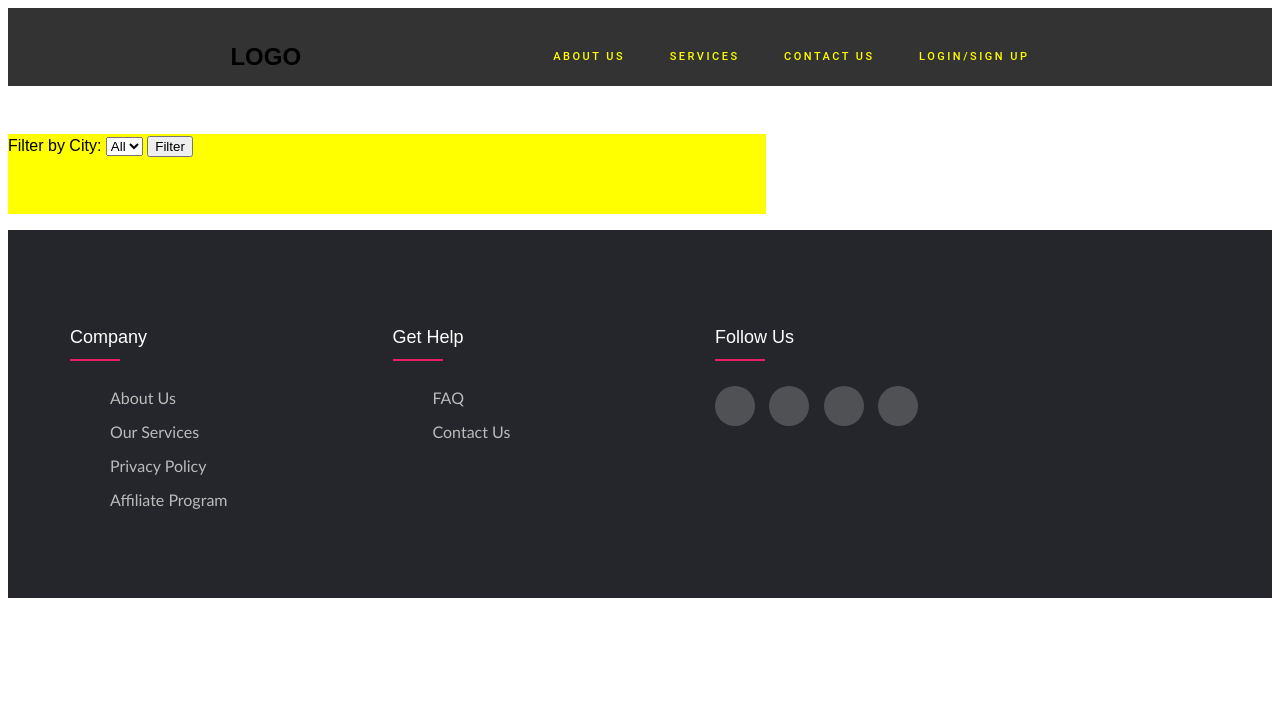
Repository: RishuGudigar/pawtakers
Page: templates/home.html
The author's editor kept a copy of each file at every save. The page is drawn from the files as they stood at one save, then again after the next save.
The browser window is 1280 px wide. The pictures show the whole page.
The page is served by the project's application, run on Django 4.2 (manage.py). Other server files are loaded and not shown. The template is opened directly, without the code that normally fills it, so the values that code supplies are empty.

Above is the page before, as saved 2023-05-21 19:41:33.

### pawtakers/templates/home.html
{% comment %} {% extends 'base.html' %} {% endcomment %}

{% block content %}
{% load static %}

<style>
    .container {
        display: flex;
        flex-wrap: wrap;
        gap: 20px;
    }

    .profile {
        display: flex;
        align-items: center;
        gap: 20px;
        margin-bottom: 20px;
    }

    .image-container {
        flex: 0 0 200px;
    }

    .image {
        width: 100%;
        height: auto;
        object-fit: cover;
    }

    .profile-details {
        flex-grow: 1;
    }

    .name {
        font-weight: bold;
    }

    .address {
        margin-top: 5px;
    }

    .description {
        margin-top: 10px;
    }

    .call-button {
        margin-top: 10px;
    }

    .container:hover {
        box-shadow: 0 0 10px rgba(0, 0, 0, 0.3); /* Add box shadow effect on hover */
        background-image: url('{% static "r_bg.jpg" %}');
        /* Add background image on hover */
        background-repeat: repeat; /* Set the background image to repeat */
        background-size: auto; /* Reset the background image size */
        background-position: fixed; /* Reset the background image position */
    }

    @import url('https://fonts.googleapis.com/css2?family=Poppins:wght@300;400;500;600;700&display=swap');

    body {
        line-height: 1.5;
        font-family: 'Poppins', sans-serif;
    }

    .container {
        max-width: 1170px;
        margin: auto;
    }

    .row {
        display: flex;
        flex-wrap: wrap;
    }

    ul {
        list-style: none;
    }

    .nav-bar{
        width: 100%;
    }


    .navbar{
        display: flex;
        align-items: center;
        justify-content: space-around;
        padding-top:20px;
        padding-left: 10%;
        padding-right:10%;
        background-color: rgba(0,0,0,0.8);
        height: 8vh;


    }

    .navbar ul li{
        list-style-type: none;
        display: inline-block;
        padding: 10px 20px;
    }

    .navbar ul li a{
        text-decoration: none;
        font-weight: 500;
        color:yellow;
        font-family: 'Roboto', sans-serif;
        font-size: 11px;
        text-transform: uppercase;
        letter-spacing: 2.5px;

    }

    .navbar ul li a:hover{
        color: white;
        transition: .4s;
        font-size: medium;
        font-weight: 500;
    }
    .container_view{
        max-width: 1170px;
        margin:auto;
    }
    .row{
        display: flex;
        flex-wrap: wrap;
    }
    ul{
        list-style: none;
    }
    .footer{
        background-color: #24262b;
        padding: 70px 0;
    }
    .footer-col{
        width: 25%;
        padding: 0 15px;
    }
    .footer-col h4{
        font-size: 18px;
        color: #ffffff;
        text-transform: capitalize;
        margin-bottom: 35px;
        font-weight: 500;
        position: relative;
    }
    .footer-col h4::before{
        content: '';
        position: absolute;
        left:0;
        bottom: -10px;
        background-color: #e91e63;
        height: 2px;
        box-sizing: border-box;
        width: 50px;
    }
    .footer-col ul li:not(:last-child){
        margin-bottom: 10px;
    }
    .footer-col ul li a{
        font-size: 16px;
        text-transform: capitalize;
        color: #ffffff;
        text-decoration: none;
        font-weight: 300;
        color: #bbbbbb;
        display: block;
        transition: all 0.3s ease;
        font-family: 'Gill Sans', 'Gill Sans MT', Calibri, 'Trebuchet MS', sans-serif;
    }
    .footer-col ul li a:hover{
        color: #ffffff;
        padding-left: 8px;
    }
    .footer-col .social-links a{
        display: inline-block;
        height: 40px;
        width: 40px;
        background-color: rgba(255,255,255,0.2);
        margin:0 10px 10px 0;
        text-align: center;
        line-height: 40px;
        border-radius: 50%;
        color: #ffffff;
        transition: all 0.5s ease;
    }
    .footer-col .social-links a:hover{
        color: #24262b;
        background-color: #ffffff;
        align-item:center;
        margin:auto;
    }

    .city_form{
        width:60%;
        height:80px;
        background:yellow;
        }
</style>
<div class="nav-bar">
    <nav class="navbar">
        <div>
        <a class="logo"><H1>LOGO</H1></a>
        </div>

        <div>
            <ul class="navbar-nav">
                <li class="nav-item"><a class="nav-link" href="#">About Us</a></li>
                <li class="nav-item"><a class="nav-link" href="#">Services</a></li>
                <li class="nav-item"><a class="nav-link" href="#">Contact Us</a></li>
                <li class="nav-item"><a class="nav-link" href="#">Login/Sign up</a></li>
        </ul>
        </div>
    </nav>
</div>
<br>
<br>
    {% for profile in profiles %}
    <div class="container">
    <div class="profile">
        <div class="image-container">
            <img src="{{ profile.image.url }}" alt="Person Image" class="image">
        </div>
        <div class="profile-details">
            <div class="name">{{ profile.name }}</div>
            <div class="address">{{ profile.city }},{{ profile.state }}</div>
            <div class="description">
                <p>Service Description:</p>
                <p>{{ profile.description }}</p>
            </div>
            <button class="call-button" onclick="callPerson('+91 8848699797')">
                <i class="fas fa-phone"></i>Call
            </button>
            <button class="call-button">
            <a href="{% url 'caretaker:profile' profile.pk %}" class="stretched-link">View More </a>
            </button>
        </div>
    </div>
</div>
<br>
<br>
    {% endfor %}

    <form method="GET" action="" class="city_form">
        <label for="city">Filter by City:</label>
        <select id="city" name="city">
            <option value="">All</option>
            {% for city in cities %}
                <option value="{{ city }}" {% if selected_city == city %}selected{% endif %}>{{ city }}</option>
            {% endfor %}
        </select>
        <button type="submit">Filter</button>
    </form>

    <footer class="footer">
        <div class="container_view">
            <div class="row">
                <div class="footer-col">
                    <h4>company</h4>
                    <ul>
                        <li><a href="#">about us</a></li>
                        <li><a href="#">our services</a></li>
                        <li><a href="#">privacy policy</a></li>
                        <li><a href="#">affiliate program</a></li>
                    </ul>
                </div>
                <div class="footer-col">
                    <h4>get help</h4>
                    <ul>
                        <li><a href="#">FAQ</a></li>
                        <li><a href="#">Contact Us</a></li>
                    </ul>
                </div>

                <div class="footer-col">
                    <h4>follow us</h4>
                    <div class="social-links">
                        <a href="#"><i class="fab fa-facebook-f"></i></a>
                        <a href="#"><i class="fab fa-twitter"></i></a>
                        <a href="#"><i class="fab fa-instagram"></i></a>
                        <a href="#"><i class="fab fa-linkedin-in"></i></a>
                    </div>
                </div>
            </div>
        </div>
    </footer>

{% endblock %}

### pawtakers/pawtakers/urls.py
"""
URL configuration for pawtakers project.

The `urlpatterns` list routes URLs to views. For more information please see:
    https://docs.djangoproject.com/en/4.2/topics/http/urls/
Examples:
Function views
    1. Add an import:  from my_app import views
    2. Add a URL to urlpatterns:  path('', views.home, name='home')
Class-based views
    1. Add an import:  from other_app.views import Home
    2. Add a URL to urlpatterns:  path('', Home.as_view(), name='home')
Including another URLconf
    1. Import the include() function: from django.urls import include, path
    2. Add a URL to urlpatterns:  path('blog/', include('blog.urls'))
"""
from django.contrib import admin
from django.urls import include,path
from django.conf.urls import include
from caretaker.views import ProfileView

urlpatterns = [
    path("", include("caretaker.urls")),
    path('admin/', admin.site.urls),
    path('accounts/', include('allauth.urls')),


]

### pawtakers/caretaker/urls.py
from django.urls import path
from . import views
from .views import display,ProfileView,Data
from django.conf import settings
from django.conf.urls.static import static

app_name = 'caretaker'

urlpatterns = [

    path('display', views.display, name='display'),
    path('', views.index , name="index"),
    path('profile/<int:pk>',ProfileView.as_view(),name='profile'),
    path('forms/',Data.as_view(),name="Data")

]

if settings.DEBUG:
    urlpatterns+= static(settings.MEDIA_URL, document_root=settings.MEDIA_ROOT)

After the next save:
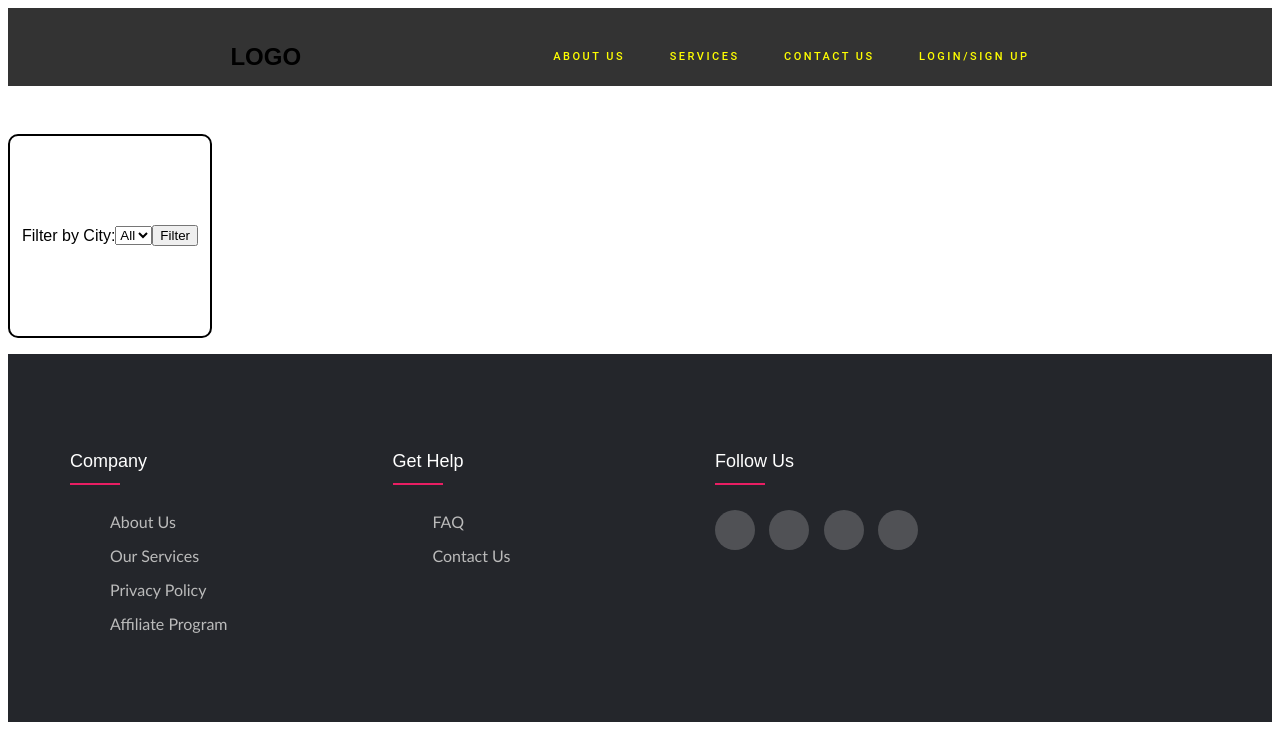
Saved 17 min 35 s later.
--- a/pawtakers/templates/home.html
+++ b/pawtakers/templates/home.html
@@ -192,11 +192,16 @@
         margin:auto;
     }
 
-    .city_form{
-        width:60%;
-        height:80px;
-        background:yellow;
-        }
+    .city_form {
+        display: flex;
+        justify-content: center;
+        align-items: center;
+        width: 200px;
+        height: 200px;
+        border: 2px solid #000;
+        border-radius: 10px;
+      }
+
 </style>
 <div class="nav-bar">
     <nav class="navbar">
